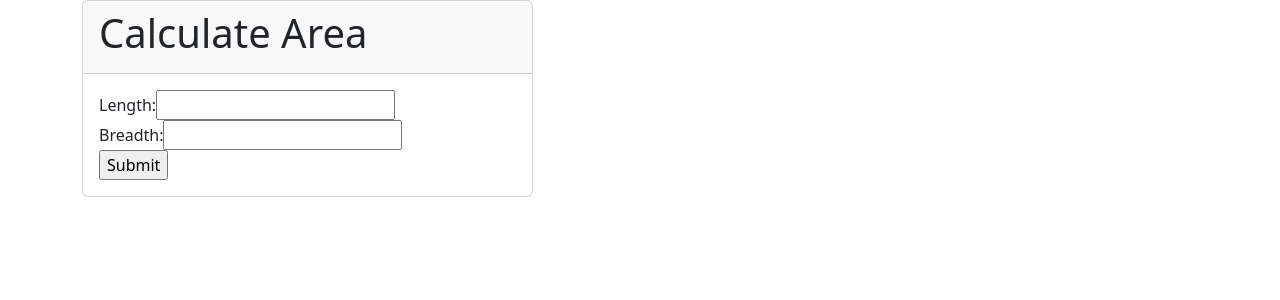
Repository: Laxman-Nath/Servlet_JSP
Page: http://localhost/Area/
The author's editor kept a copy of each file at every save. The page is drawn from the files as they stood at one save, then again after the next save.
The browser window is 1280 px wide. The pictures show the whole page.
The page is served by Tomcat 9.

Above is the page before, as saved 2024-09-02 10:45:16.

### Area/src/main/webapp/Area.jsp
<%@ page language="java" contentType="text/html; charset=UTF-8"
	pageEncoding="UTF-8"%>
<!DOCTYPE html>
<html>
<head>
<meta charset="UTF-8">
<title>Area</title>
<link
	href="https://cdn.jsdelivr.net/npm/bootstrap@5.3.3/dist/css/bootstrap.min.css"
	rel="stylesheet"
	integrity="sha384-QWTKZyjpPEjISv5WaRU9OFeRpok6YctnYmDr5pNlyT2bRjXh0JMhjY6hW+ALEwIH"
	crossorigin="anonymous">
</head>
<body>
<div class="container">
<div class="row">
<div class="col-md-5">
    <div class="card">
    <div class="card-header"><h1>Calculate Area</h1></div>
    <div class="card-body">
	<form action="" method="post">
		<div>
			Length:<input type="number" name="length">
		</div>
		<div>
			Breadth:<input type="number" name="breadth">
		</div>
		<input type="submit" value="Submit">
	</form>
	</div>
</div>
</div>
</div>
</div>
</body>
<script
	src="https://cdn.jsdelivr.net/npm/bootstrap@5.3.3/dist/js/bootstrap.bundle.min.js"
	integrity="sha384-YvpcrYf0tY3lHB60NNkmXc5s9fDVZLESaAA55NDzOxhy9GkcIdslK1eN7N6jIeHz"
	crossorigin="anonymous"></script>
</html>

After the next save:
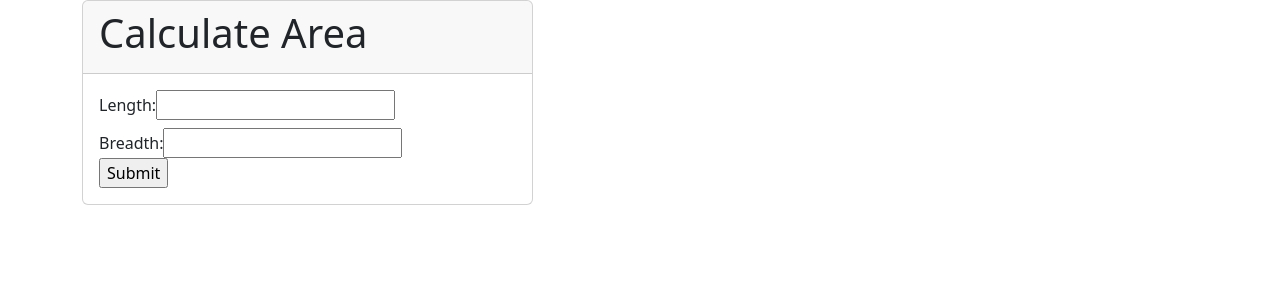
Saved 51 s later.
--- a/Area/src/main/webapp/Area.jsp
+++ b/Area/src/main/webapp/Area.jsp
@@ -19,7 +19,7 @@
     <div class="card-header"><h1>Calculate Area</h1></div>
     <div class="card-body">
 	<form action="" method="post">
-		<div>
+		<div class="mb-2">
 			Length:<input type="number" name="length">
 		</div>
 		<div>
